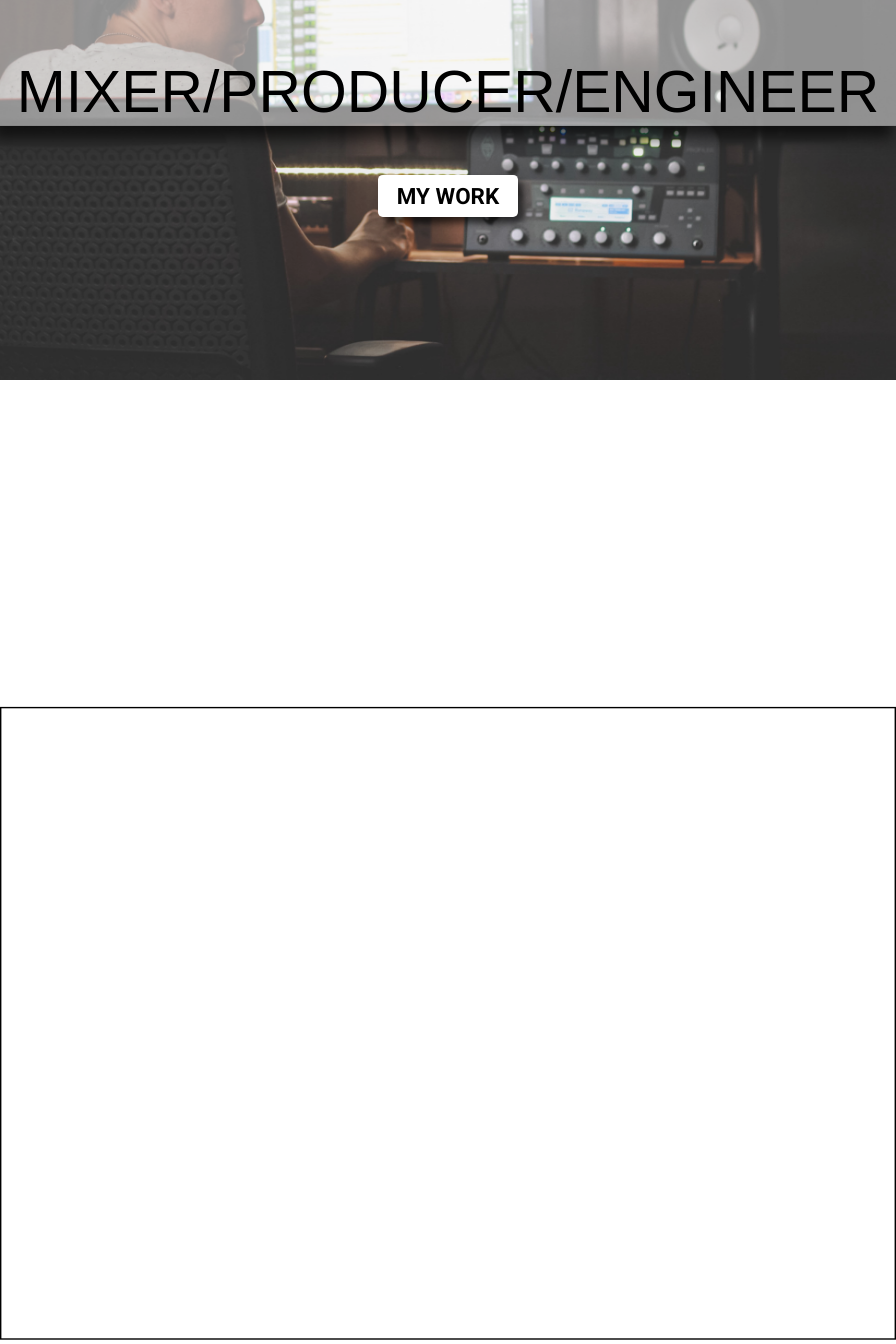
Repository: Aworminator/mixing-portfolio
Page: index.html
An editor plug-in stored every save of this project. The page is shown before and after the next save, followed by the edit.
The browser window is 1280 px wide. The pictures show the part of the page from y = 357 to 2277 px (the page is 4323 px tall before and 4263 px after), at 70% of full size.
Some web fonts or font styles are not loaded; a fallback is used.

Above is the page before, as saved 2025-08-22 16:18:56.

After the next save:
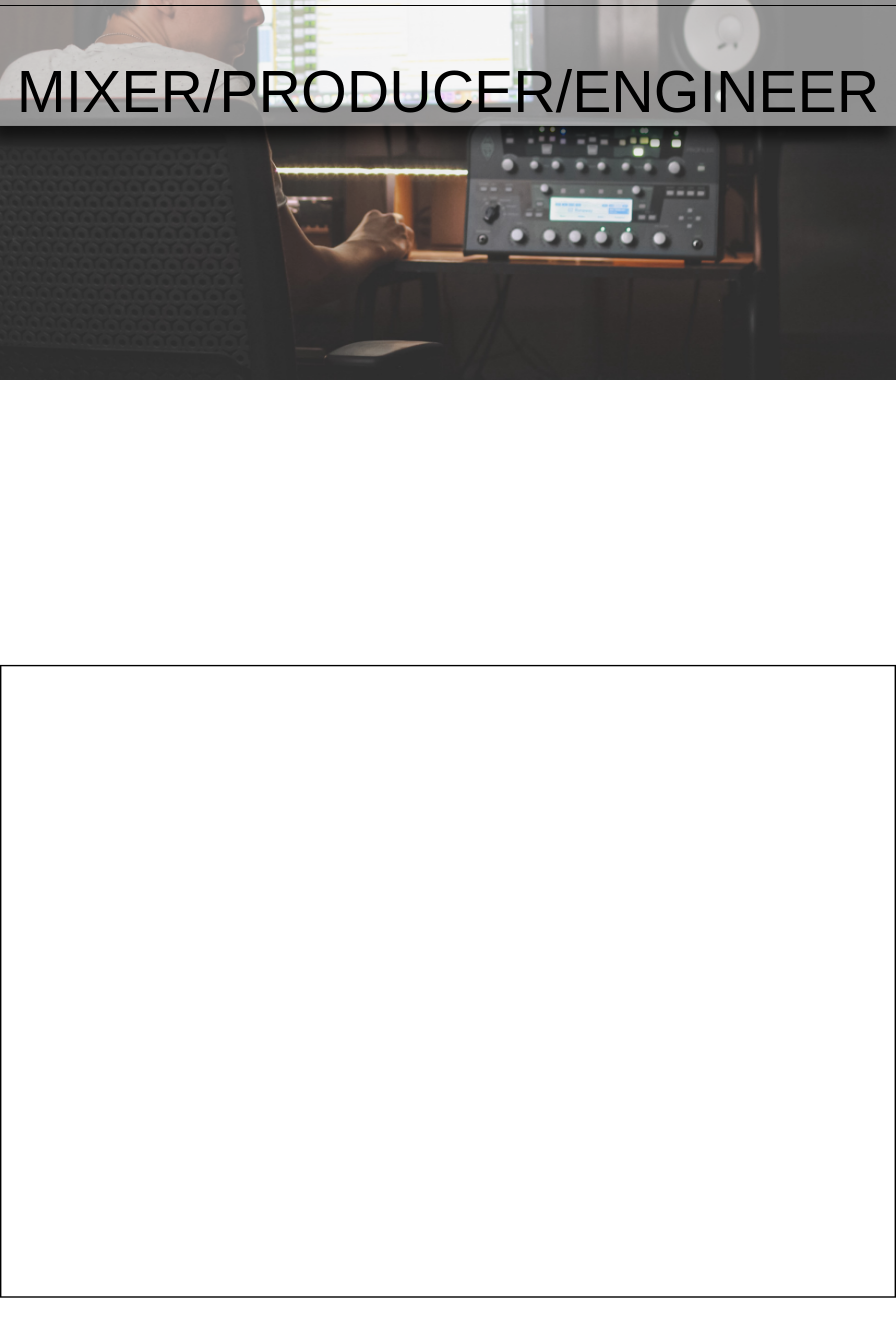
Saved 74 s later.
--- a/index.html
+++ b/index.html
@@ -34,7 +34,7 @@
         <h1 class="gothic-a1-regular">ALEC GARNICA</h1>
         <h2 class="gothic-a1-regular">MIXER/PRODUCER/ENGINEER</h2>
       </div>
-      <h2 class="work-button">MY WORK</h2>
+
     </section>
     <section class="about-me"></section>
     <section class="audio-examples">

After the save that followed:
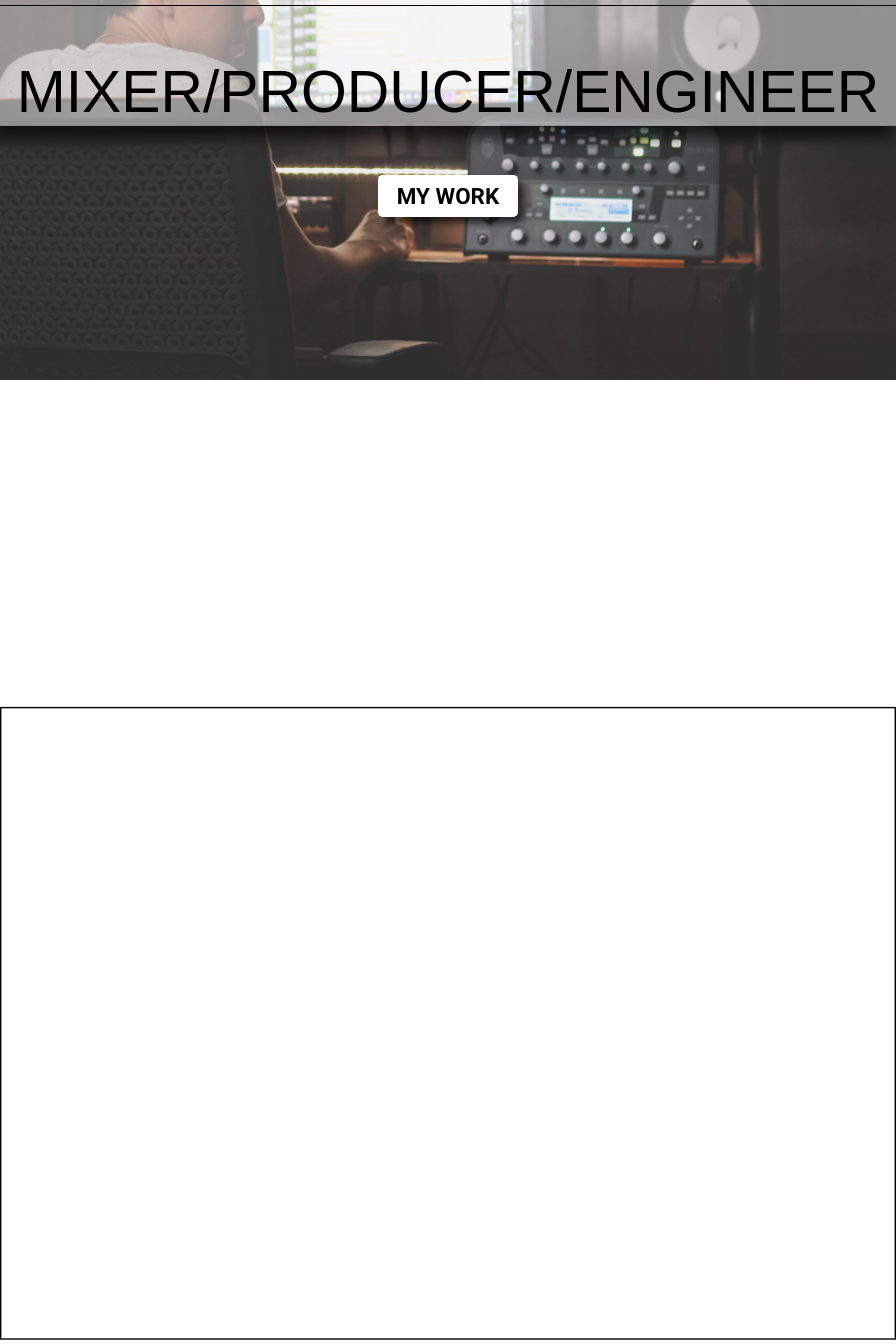
Saved 9 s later.
--- a/index.html
+++ b/index.html
@@ -34,7 +34,7 @@
         <h1 class="gothic-a1-regular">ALEC GARNICA</h1>
         <h2 class="gothic-a1-regular">MIXER/PRODUCER/ENGINEER</h2>
       </div>
-
+      <h2 class="work-button">MY WORK</h2>
     </section>
     <section class="about-me"></section>
     <section class="audio-examples">
